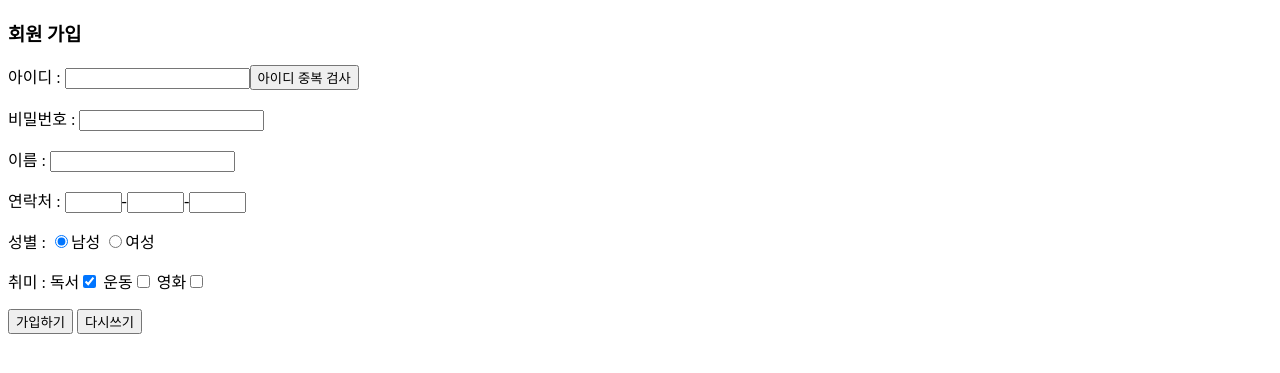
Repository: lhj257/jspwrokspace
Page: http://localhost/JSPBook/ch06/form02.jsp
The author's editor kept a copy of each file at every save. The page is drawn from the files as they stood at one save, then again after the next save.
The browser window is 1280 px wide. The pictures show the whole page.
The page is served by Tomcat 9. Nobody is signed in. The application's start-up code is not run.

Above is the page before, as saved 2023-08-25 06:44:59.

After the next save:
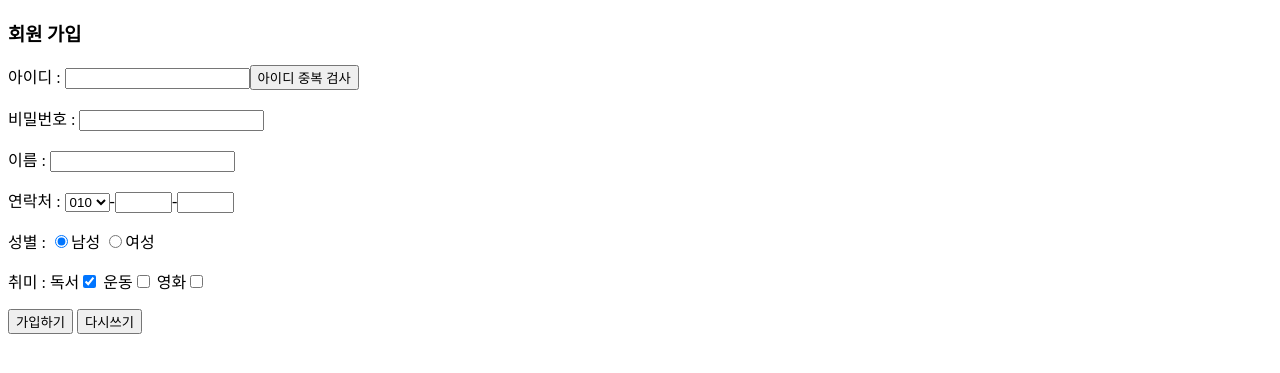
Saved 2 min 0 s later.
--- a/JSPBook/src/main/webapp/ch06/form02.jsp
+++ b/JSPBook/src/main/webapp/ch06/form02.jsp
@@ -17,8 +17,13 @@
 		<p>
 			이름 : <input type="text" name="name">
 		<p>
-			연락처 : <input type="text" maxlength="4" size="4" name="phone1">-<input
-				type="text" maxlength="4" size="4" name="phone2">-<input
+			연락처 : <select name="phone1">
+			<option value="010">010</option>
+			<option value="011">011</option>
+			<option value="016">016</option>
+			<option value="017">017</option>
+			<option value="019">019</option>
+			</select>-<input type="text" maxlength="4" size="4" name="phone2">-<input
 				type="text" maxlength="4" size="4" name="phone3">
 		<p>
 			성별 : <input type="radio" name="sex" value="남성" checked>남성
